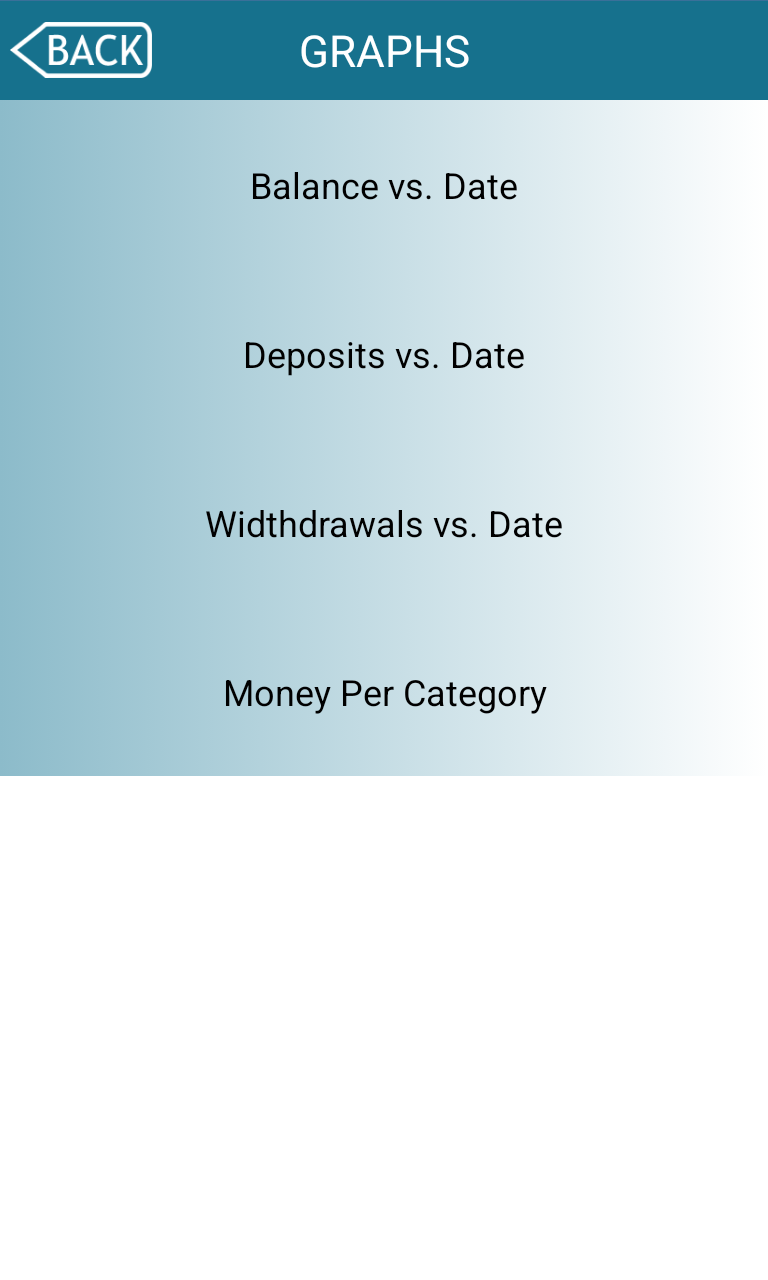
Repository: aawantika/frs
Layout: FinancialApplicationProject/FinancialApplication/src/main/res/layout/activity_graph.xml
An editor plug-in stored every save of this project. The layout is shown before and after the next save, followed by the edit.
It is drawn on a 768 x 1280 px phone screen (xhdpi) without system bars, with theme AppTheme; the app's code is not run.

Above is the layout before, as saved 2014-04-23 16:31:04.

After the next save:
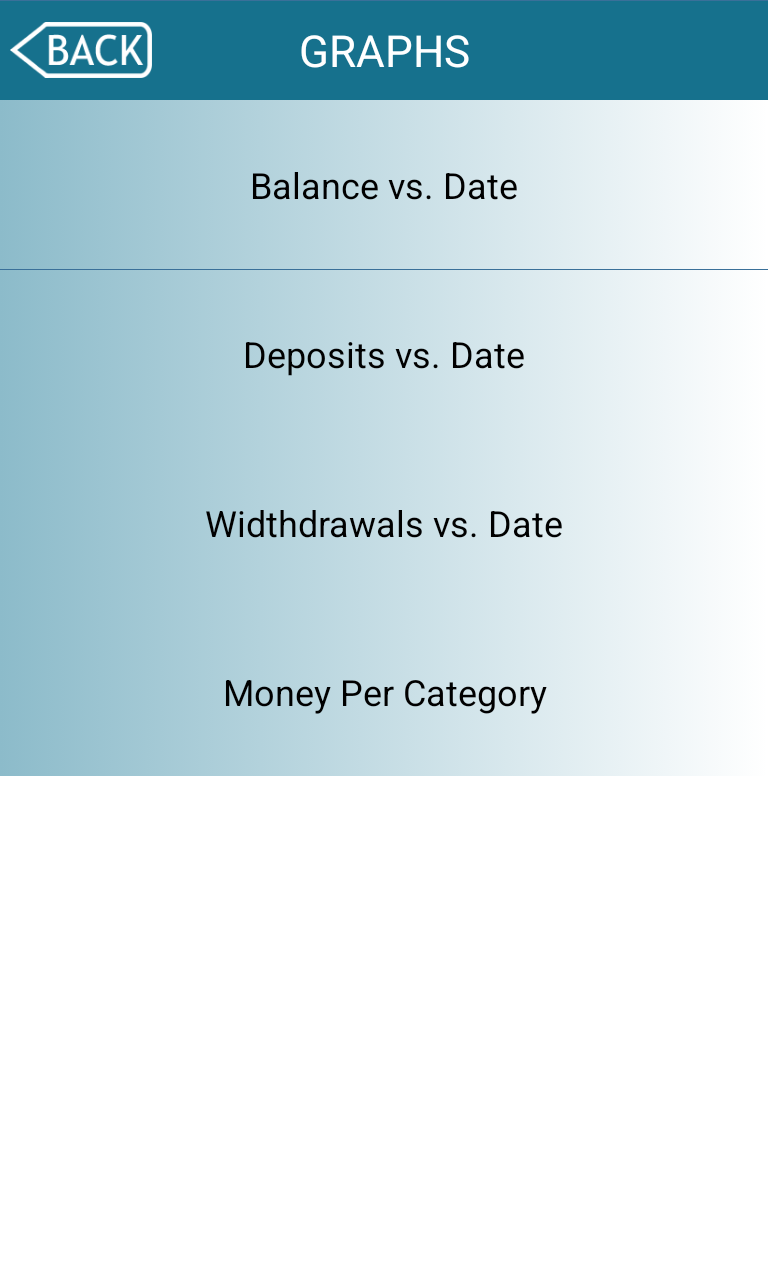
Saved 14 s later.
--- a/FinancialApplicationProject/FinancialApplication/src/main/res/layout/activity_graph.xml
+++ b/FinancialApplicationProject/FinancialApplication/src/main/res/layout/activity_graph.xml
@@ -77,7 +77,7 @@
         android:layout_width="fill_parent"
         android:layout_height="0.5dp"
         android:layout_alignParentLeft="true"
-        android:layout_below="@+id/scr"
+        android:layout_below="@+id/bd"
         android:background="#3a7099" />
 
 	<TextView
